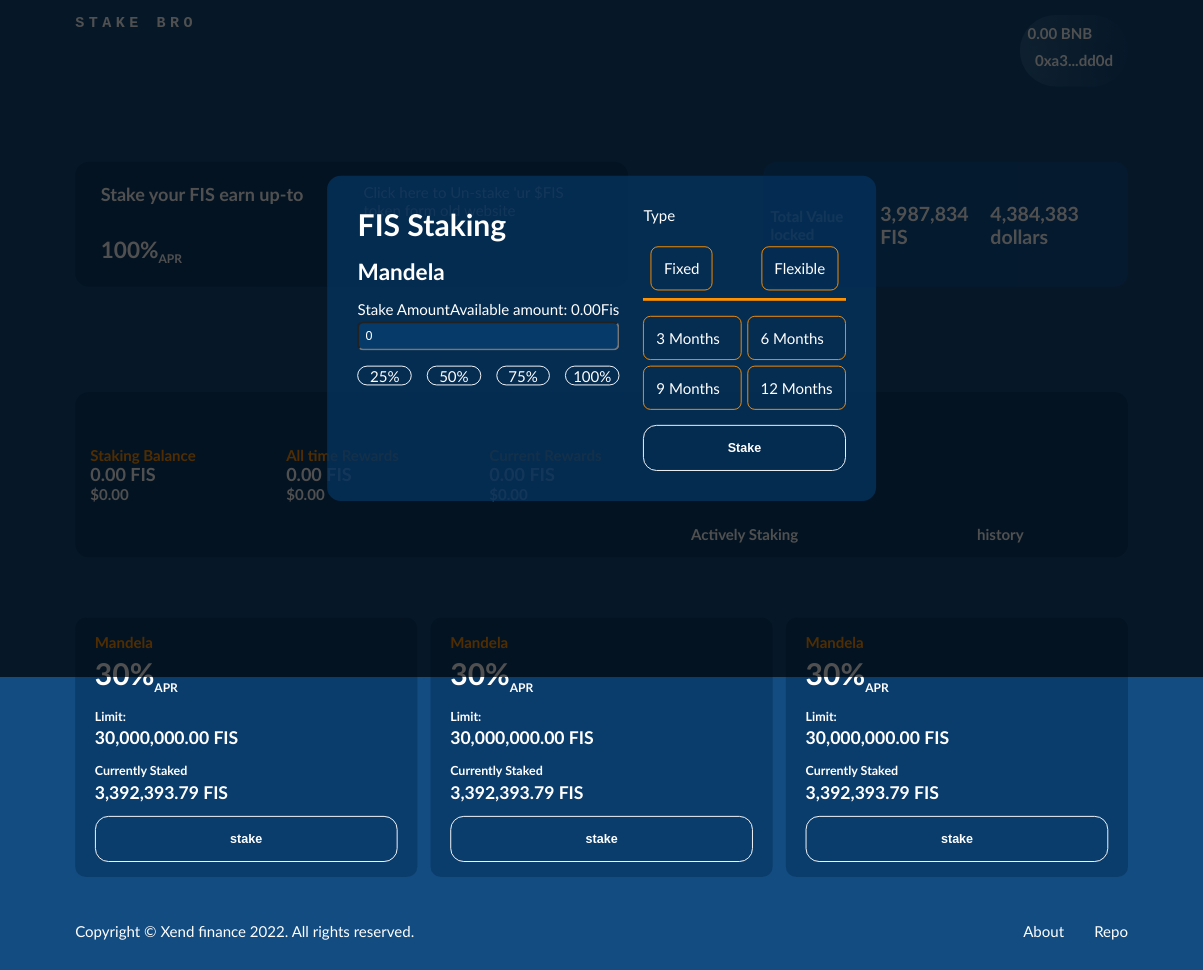
Repository: NorVirae/Stake
Page: /, after clicking the first element matching `button.stake-button`
These files come from the project's save history. The page is drawn as it stood at one moment and after a run of saves; the edit follows.
The browser window is 1280 px wide. The pictures show the whole page, at 94% of full size.
The project was rebuilt for these pictures with package versions that can differ from the ones it lists, and the page was loaded fresh each time.

Above is the page before, as saved 2022-04-18 19:39:45.

After the next 3 saves:
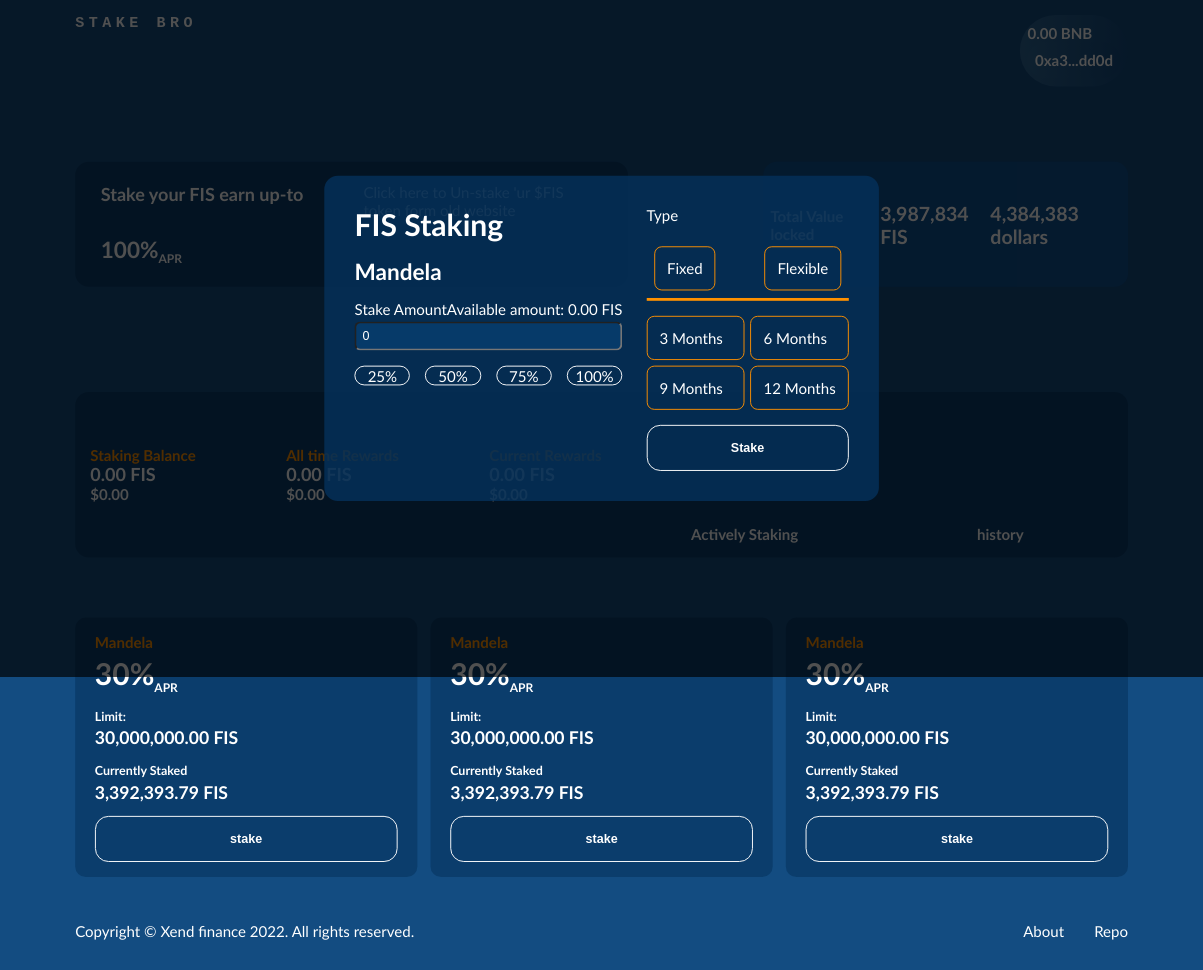
The 3 saves are shown as one change because they came seconds apart.
The last was saved 33 s later.
--- a/src/components/modals/stake-modal.tsx
+++ b/src/components/modals/stake-modal.tsx
@@ -20,7 +20,7 @@ const StakeModal:React.FC<StakeModalInterface> = ({setShowModal, showModal}) =>
                         <form>
                             <fieldset className='form-group'>
 
-                                <label className='form-label'><span>Stake Amount </span> <span>Available amount: 0.00Fis</span></label>
+                                <label className='form-label'><span>Stake Amount </span> <span>Available amount: 0.00 FIS</span></label>
                                 <input value={amountToStake} className='form-input'/>
 
                             </fieldset>
